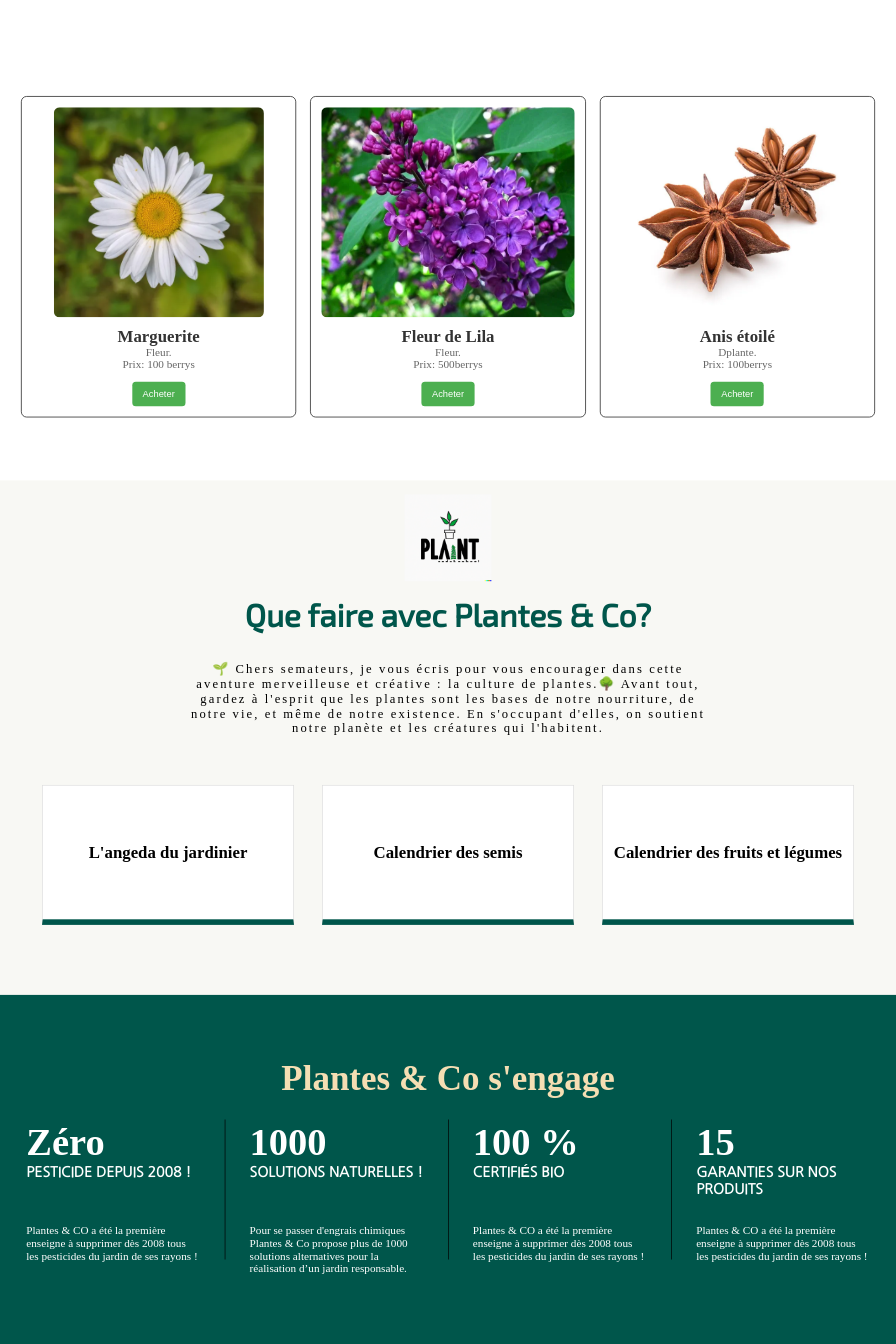
Repository: Flexo874/ISITECH-HTML-CSS
Page: index.html
An editor plug-in stored every save of this project. The page is shown before and after the next save, followed by the edit.
The browser window is 1280 px wide. The pictures show the part of the page from y = 1375 to 3295 px (the page is 3295 px tall before and 3275 px after), at 70% of full size.
Some web fonts or font styles are not loaded; a fallback is used.

Above is the page before, as saved 2024-01-03 17:17:04.

### index.html
<!DOCTYPE html>
<html>
<head>
    <title>Plantes & Co</title>
    <link rel="preconnect" href="https://fonts.googleapis.com">
<link rel="preconnect" href="https://fonts.gstatic.com" crossorigin>
<link href="https://fonts.googleapis.com/css2?family=Exo+2&family=Macondo&family=Nanum+Gothic&display=swap" rel="stylesheet">
     <link rel="stylesheet" type="text/css" href="./style.css">
     <link rel="stylesheet" type="text/css" href="./engagement.css">
     <link rel="stylesheet" type="text/css" href="./instructions.css">
     <link rel="preconnect" href="https://fonts.googleapis.com">
     <link rel="preconnect" href="https://fonts.gstatic.com" crossorigin>
     <link href="https://fonts.googleapis.com/css2?family=Exo+2&display=swap" rel="stylesheet">
     <link rel="preconnect" href="https://fonts.googleapis.com">
     <link rel="preconnect" href="https://fonts.gstatic.com" crossorigin>
     <link href="https://fonts.googleapis.com/css2?family=Exo+2&family=Macondo&display=swap" rel="stylesheet">
</head>
<body>
    <ul>
        <li><a href="#home">Home</a></li>
        <li><a href="#news">News</a></li>
        <li><a href="#contact">Contact</a></li>
        <li><a href="#about">About</a></li>
    </ul>


    <div class="plant-img">
        <img src="images/Step-8-If-You-Want-You-Can-Train-Your-Cannabis-Plants-To-Increase-Yield.webp">
    </div>

    <h1 > Best Sellers</h1>



    <div class="container">

            <div class="item">
                <a>
                <img src="images/semis-prêt-à-être-planté-dans-le-jardin.webp" alt="Logo">
                <p>Lorem ipsum dolor sit amet, consectetur adipiscing elit, sed do eiusmod tempor incididunt ut labore et dolore magna aliqua. Ut enim ad minim veniam, quis nostrud exercitation ullamco laboris nisi ut aliquip ex ea commodo consequat. Duis aute irure dolor in reprehenderit in voluptate velit esse cillum dolore eu fugiat nulla pariatur. Excepteur sint occaecat cupidatat non proident, sunt in culpa qui officia deserunt mollit anim id est laborum.</p>
                </a>
            </div>
            <div class="item">
                <a>
                <img src="images/semis-prêt-à-être-planté-dans-le-jardin.webp" alt="Logo">
                <p>Lorem ipsum dolor sit amet, consectetur adipiscing elit, sed do eiusmod tempor incididunt ut labore et dolore magna aliqua. Ut enim ad minim veniam, quis nostrud exercitation ullamco laboris nisi ut aliquip ex ea commodo consequat. Duis aute irure dolor in reprehenderit in voluptate velit esse cillum dolore eu fugiat nulla pariatur. Excepteur sint occaecat cupidatat non proident, sunt in culpa qui officia deserunt mollit anim id est laborum.</p>
                </a>
            </div>
            <div class="item">
                <a>
                <img src="images/semis-prêt-à-être-planté-dans-le-jardin.webp" alt="Logo">
                <p>Lorem ipsum dolor sit amet, consectetur adipiscing elit, sed do eiusmod tempor incididunt ut labore et dolore magna aliqua. Ut enim ad minim veniam, quis nostrud exercitation ullamco laboris nisi ut aliquip ex ea commodo consequat. Duis aute irure dolor in reprehenderit in voluptate velit esse cillum dolore eu fugiat nulla pariatur. Excepteur sint occaecat cupidatat non proident, sunt in culpa qui officia deserunt mollit anim id est laborum.</p>
                </a>
            </div>
    </div>

    <section class="produits">
        <!-- Produit 1 -->
        <div class="produit">
            <img src="images/Leucanthemum_vulgare.webp" alt="Produit 1">
            <h3>Marguerite</h3>
            <p>Fleur.</p>
            <p>Prix: 100 berrys</p>
            <button>Acheter</button>
        </div>
        <div class="produit">
            <img src="images/1676375528_249_Belle-signification-et-symbolisme-de-la-couleur-de-la-fleur.webp" alt="Produit 1">
            <h3>Fleur de Lila</h3>
            <p>Fleur.</p>
            <p>Prix: 500berrys </p>
            <button>Acheter</button>
        </div>
        <div class="produit">
            <img src="images/anis-étoilé-spice-de-fruits-et-de-graines-isolé-sur-fond-blanc.webp" alt="Produit 1">
            <h3>Anis étoilé</h3>
            <p>Dplante.</p>
            <p>Prix: 100berrys</p>
            <button>Acheter</button>
        </div>

    </section>


    <section class="instructions">
        <div class="logo">
        <img src="images/DALL·E 2024-01-03 10.05.32 - a simple logo for a plant shop.png" alt="Logo">
        </div>
        <div class="titre">
            <h2>Que faire avec Plantes & Co?</h2>
        </div>
        <div class="description">
            <p>🌱 Chers semateurs, je vous écris pour vous encourager dans cette aventure
                 merveilleuse et créative : la culture de plantes.🌳 Avant tout, gardez à l'esprit que les plantes sont les bases de notre nourriture, de notre vie, et même de notre existence. En s'occupant d'elles, on soutient notre planète et les créatures qui l'habitent.</p>
          </div>
        <div class="categories">
            <div class="calendar">
                <h3>L'angeda du jardinier</h3>
            </div>
            <div class="calendar">
                <h3>Calendrier des semis</h3>
            </div>
            <div class="calendar">
                <h3>Calendrier des fruits et légumes</h3>
            </div>
        </div>
    </section>




    <section class="engagement">
        <div class="titre2">
            <h2>Plantes & Co s'engage</h2>
        </div>
        <div class="cat">
            <div class="eng">
                <div class="titre-pesticide">
                    <h3>Zéro</h3>
                    <h4>PESTICIDE DEPUIS 2008 !</h4>
                </div>
                <div class="test">
                    <p>Plantes & CO a été la première enseigne à supprimer dès 2008 tous les pesticides du jardin de ses rayons !</p>
                </div>
             </div>
            <div class="separator"></div>
            <div class="eng">
                <div class="titre-pesticide">
                <h3>1000</h3>
                <h4>SOLUTIONS NATURELLES !</h4>
            </div>
                <div class="test">
                <p>Pour se passer d'engrais chimiques Plantes & Co propose plus de 1000 solutions alternatives pour la réalisation d’un jardin responsable.</p>
            </div>
            </div>
            <div class="separator"></div>
            <div class="eng">
                <div class="titre-pesticide">
                <h3>100 %</h3>
                <h4>CERTIFIÉS BIO</h4>
            </div>
                <div class="test">
                <p>Plantes & CO a été la première enseigne à supprimer dès 2008 tous les pesticides du jardin de ses rayons !</p>
            </div>
            </div>
            <div class="separator"></div>

            <div class="eng">
                <div class="titre-pesticide">
                <h3>15</h3>
                <h4>GARANTIES SUR NOS PRODUITS</h4>
            </div>
                <div class="test">
                <p>Plantes & CO a été la première enseigne à supprimer dès 2008 tous les pesticides du jardin de ses rayons !</p>
            </div>
            </div>
        </div>

    </section>





</body>
</html>

### style.css
* {
  margin: 0;
  padding: 0;
}
ul {
  list-style-type: none;
  margin: 0;
  padding: 0;
  overflow: hidden;
  background-image: linear-gradient(
    109.6deg,
    rgba(61, 131, 97, 1) 11.2%,
    rgba(28, 103, 88, 1) 91.1%
  );
  display: flex;
  list-style: none;
  box-sizing: border-box;
  justify-content: center;
}

li {
  position: relative;
}

li a {
  display: block;
  color: white;
  text-align: center;
  padding: 18px 16px;
  text-decoration: none;
  font-size: 15px;
  transition: 0.4s ease-in-out;
  position: center;
  font-family: "Noto Mono", monospace;
}

li a:hover {
  background-color: #111;
  border-radius: 5px;
}

.plant-img img {
  width: 100%;
  height: 600px;
  object-fit: cover;
  overflow: hidden;
}

h1 {
  padding: 40px;
  padding-bottom: 0;
  margin-bottom: 0;
  margin-top: 60px;
  text-align: center;
  font-weight: bold;
  font-size: 60px;
}

.container {
  display: flex;
  grid-template-columns: repeat(3, 1fr);
  grid-auto-rows: minmax(300px, auto);
  gap: 10px;
  padding: 10px;
  margin-top: 0;
  margin: 8%;
  padding-top: 0;
}

.item {
  align-items: center;
  justify-content: center;
  border-radius: 10px;
  display: flex;
  justify-content: center;
  align-items: center;
  background-color: #556b2f;
}

.item a {
  margin: 7px;
}

.item a:hover {
  color: white;
}

.item img {
  max-width: 100%;
  height: auto;
}

.item p {
  margin-top: 10px;
  text-align: center;
  color: white;
  font-family: "Noto Mono", monospace;
  font-size: 14px;
}

.produits {
  display: flex;
  flex-wrap: wrap;
  justify-content: space-around;
  padding: 20px;
}

.produit {
  background-color: #fff;
  border: 1px solid #ddd;
  border-radius: 8px;
  border-color: #111;
  margin: 10px;
  padding: 15px;
  text-align: center;
  transition: transform 0.3s ease-in-out;
  width: calc(33.33% - 20px);
  box-sizing: border-box;


}

.produit:hover {
  transform: scale(1.05);
}

.produit img {
  max-width: 100%;
  height: 300px;
  border-radius: 8px;
}

.produit h3 {
  margin-top: 10px;
  font-size: 1.5em;
  color: #333;
}

.produit p {
  color: #666;
}

.produit button {
  background-color: #4caf50;
  color: #fff;
  padding: 10px 15px;
  border: none;
  border-radius: 5px;
  cursor: pointer;
  margin-top: 15px;
}

.produit button:hover {
  background-color: #45a049;
}

### engagement.css
.engagement{
    padding: 20px ;
    height: 20%;
    background-color:#00564B;
}

.titre2{
    margin-top: 70px;
    text-align: center  ;
}
.engagement > .titre2 h2{
    font-family: 'Exo 2', sans-serif;
    font-family: 'Macondo', cursive;
    color:wheat;
    font-size: 50px;
}

.cat{
    display: flex;
    flex-wrap: wrap;
    justify-content: space-around;
    align-items: top;
    width: 100%;
    margin-top: 30px;
    margin-bottom: 50px;
    text-align:left;
    flex-direction:row;
    border-color: 8px solid black;


}

.test {
    display: flex;
    align-items:baseline;
    height: 100px;
}

.titre-pesticide {
    height: 150px;
}

.eng {
    width: 20%;
}

.eng h3{
    font-size: 55px;
    color:white;
    display: block;
}

.eng h4{
    font-size: 20px;
    color:white;
    margin-bottom: 30px;
    font-family: 'Exo 2', sans-serif;
    font-family: 'Macondo', cursive;
    font-family: 'Nanum Gothic', sans-serif;
    display: block;
}

.eng p{
    color:white;
}

.separator{
    height: 200px;
    width: 1px;
    background-color: black;
}

### instructions.css
.instructions{
    padding: 20px ;
    margin-top: 60px;
    background-color:#F8F8F4;

}

.logo{
    display: flex;
    justify-content: center;
    align-items:center;
}

.logo img {
    width: 10%;

}



 .titre {
  margin-top: 20px;
  text-align: center;
  font-weight: bold;
  color:#00564B;
  font-size: 30px;
  width: 100%;
}

.titre h2{
    font-family: 'Exo 2', sans-serif;
}

.description{
    display: flex;
    margin: 40px;
    text-align: center;
    margin-left: 20%;
    margin-right: 20%;
}

.description p{
    letter-spacing: 3px;
    font-size: 18px;

}


.categories{
    display: flex;
    flex-wrap: wrap;
    justify-content: space-around;
    padding: 20px;
    align-items: center;

    margin-top: 30px;
    margin-bottom: 50px;
}

.calendar{
    background-color: #fff;
  border: 1px solid #ddd;


  margin: 10px;
  padding: 15px;
  text-align: center;
  transition: transform 0.3s ease-in-out;
  width: calc(33.33% - 20px);
  box-sizing: border-box;
  height: 200px;
  width: 30%;
  display: flex;
  flex-direction: column;
  justify-content: space-around;
  border-bottom: solid 8px #00564B;
  transition: border 200ms ease-in-out;
}

.calendar:hover {
    border: solid 8px #00564B;
}

.calendar > h3 {
    font-size: 24px;

}

After the next save:
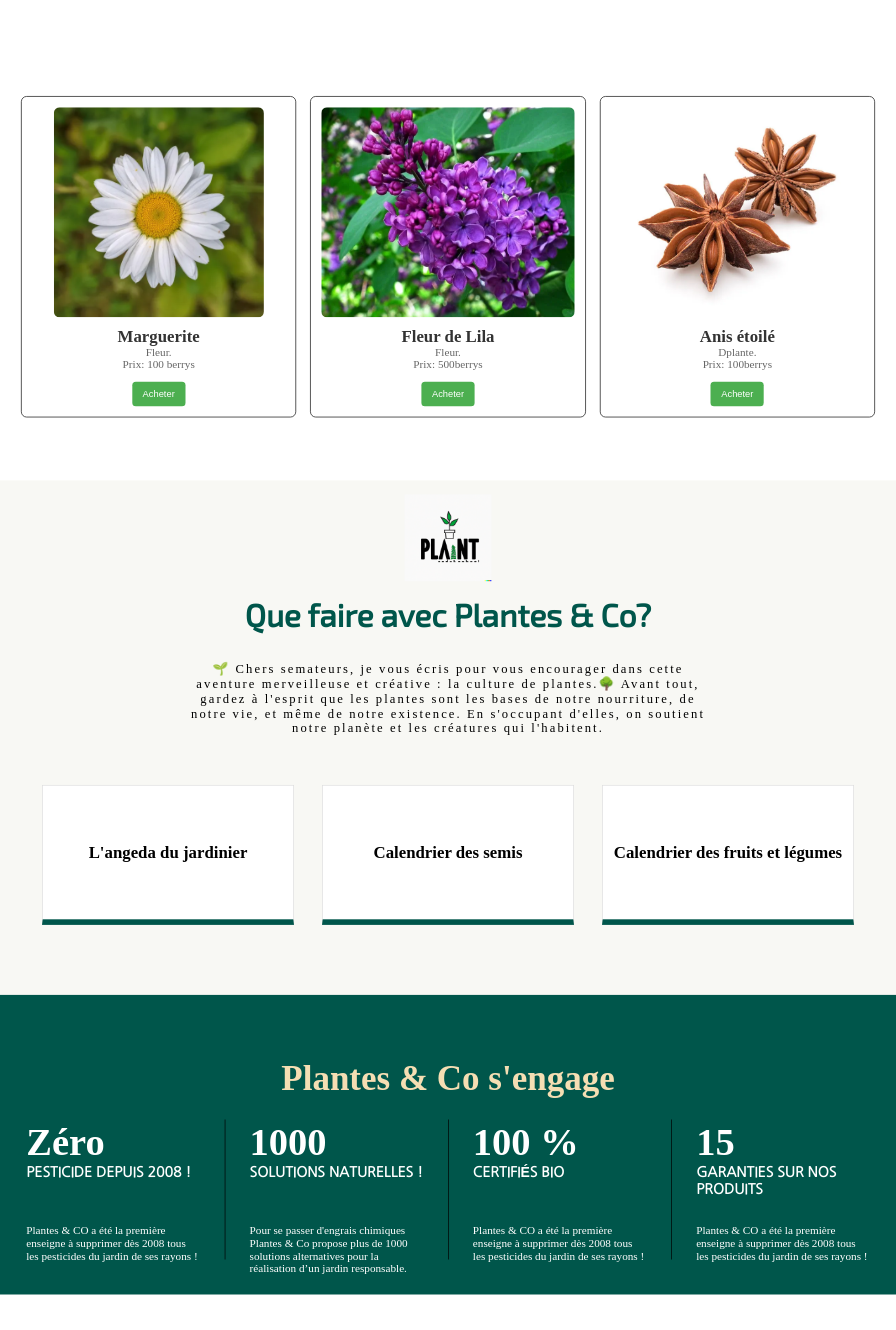
Saved 12 s later.
--- a/engagement.css
+++ b/engagement.css
@@ -1,6 +1,6 @@
 .engagement{
     padding: 20px ;
-    height: 20%;
+    padding-bottom: 0;
     background-color:#00564B;
 }
 

After the save that followed:
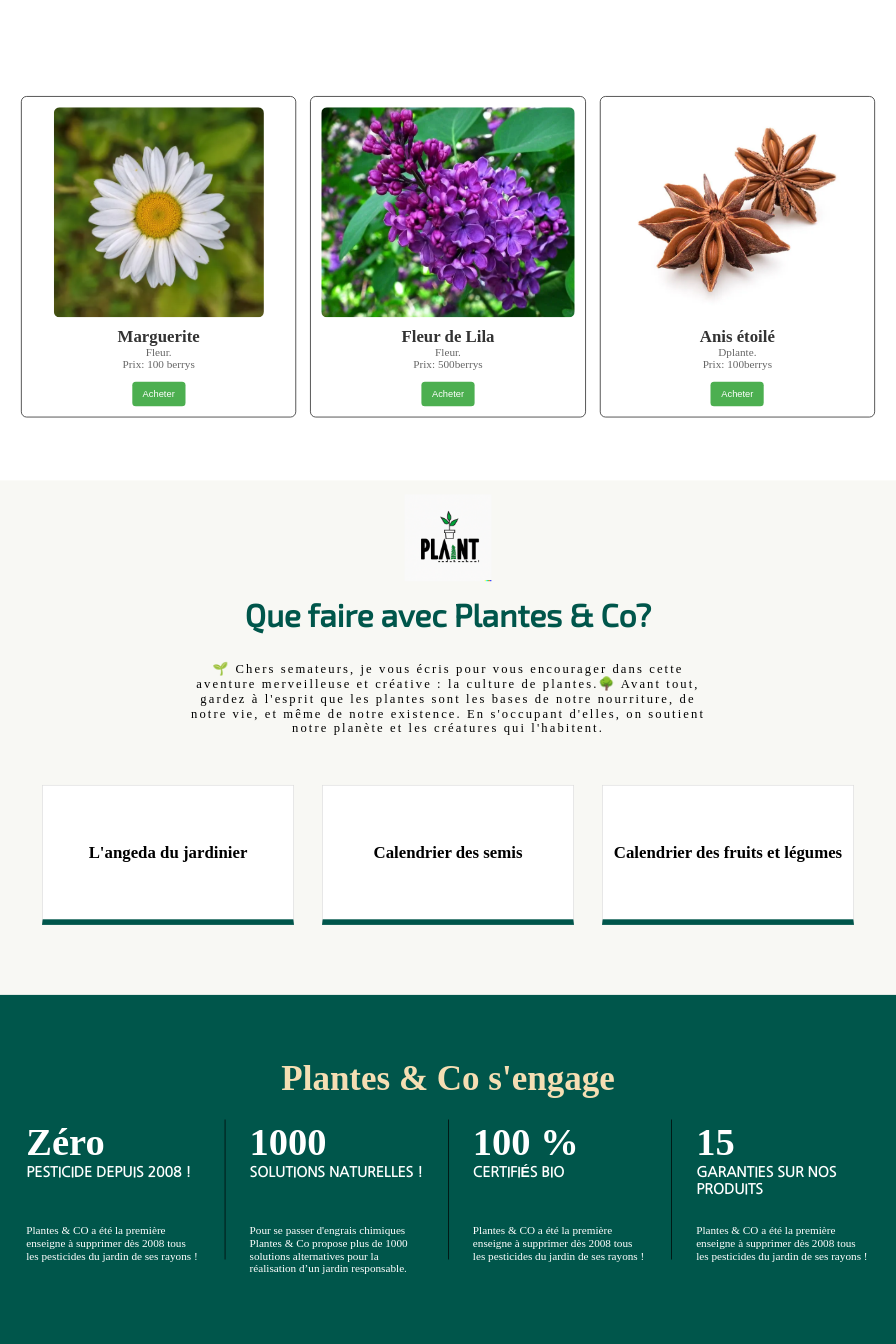
Saved 9 s later.
--- a/engagement.css
+++ b/engagement.css
@@ -1,6 +1,6 @@
 .engagement{
     padding: 20px ;
-    padding-bottom: 0;
+    margin-bottom: 0;
     background-color:#00564B;
 }
 
